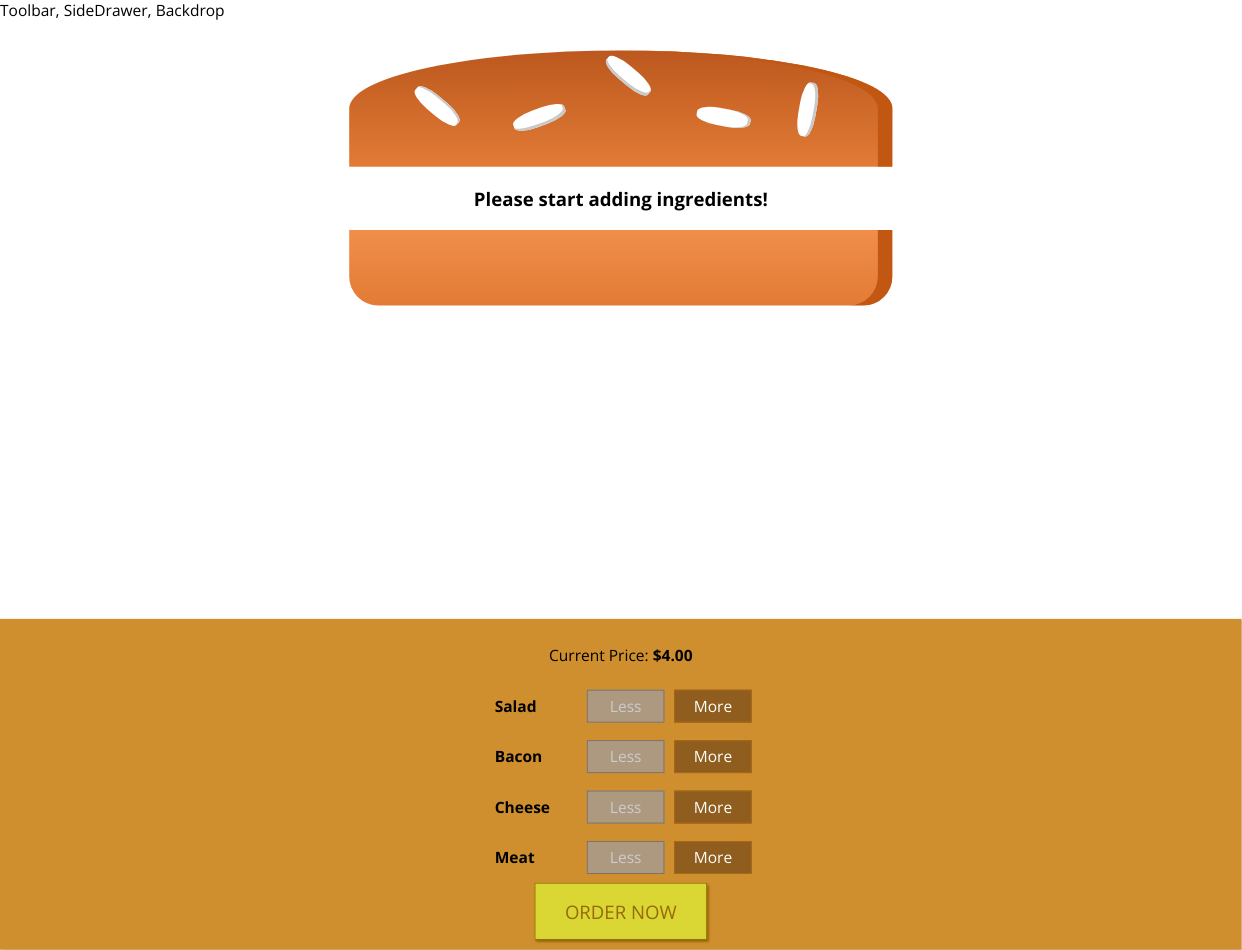
Repository: AbdulMutaal/Burger-Builder
Page: /
The author's editor kept a copy of each file at every save. The page is drawn from the files as they stood at one save, then again after the next save.
The browser window is 1280 px wide. The pictures show the whole page, at 97% of full size.
The project was rebuilt for these pictures with package versions that can differ from the ones it lists, and the page was loaded fresh each time.

Above is the page before, as saved 2021-12-07 17:19:38.

After the next save:
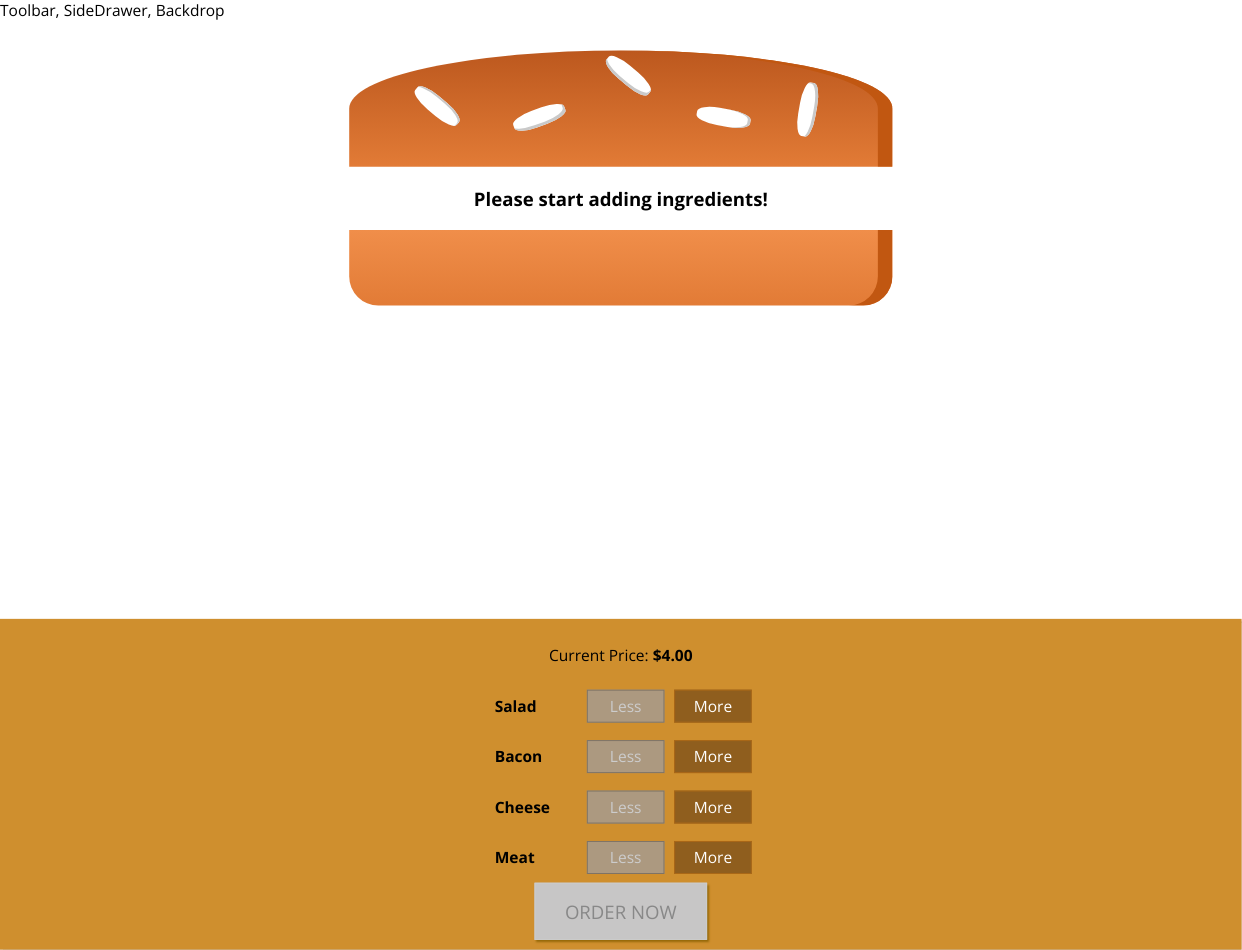
Saved 25 s later.
--- a/src/components/Burger/BuildControls/BuildControls.js
+++ b/src/components/Burger/BuildControls/BuildControls.js
@@ -23,7 +23,7 @@ const buildControls = (props) => (
         ))}
         <button
             className={classes.OrderButton}
-                disabled={props.purchasable}>ORDER NOW</button>
+                disabled={!props.purchasable}>ORDER NOW</button>
     </div>
 );
 
